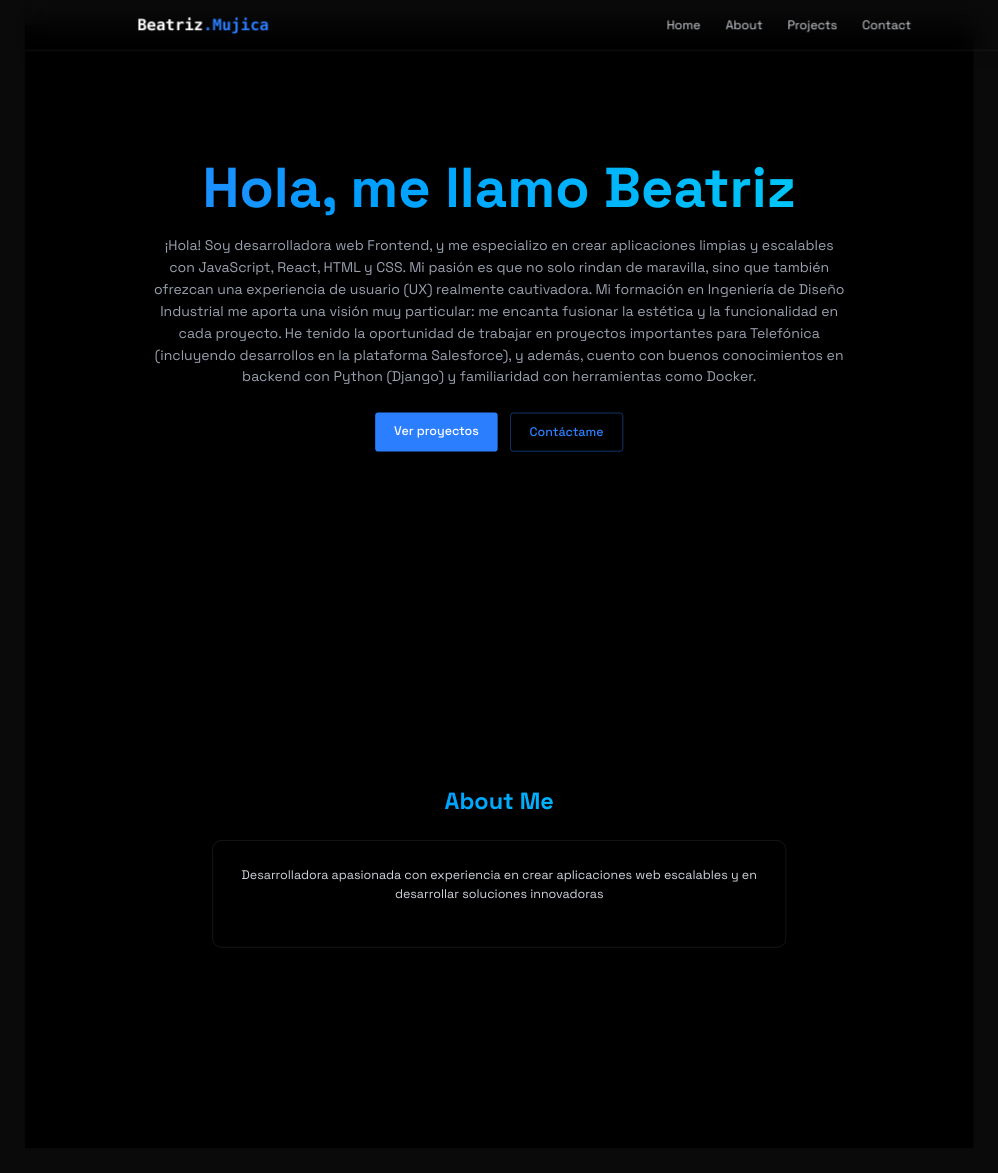
Repository: Bea0224/beatriz-portfolio
Page: /
The author's editor kept a copy of each file at every save. The page is drawn from the files as they stood at one save, then again after the next save.
The browser window is 1280 px wide. The pictures show the whole page, at 78% of full size.
The project was rebuilt for these pictures with package versions that can differ from the ones it lists, and the page was loaded fresh each time. Also part of the build but not shown: vite.config.js.

Above is the page before, as saved 2025-12-06 21:01:24.

### index.html
<!doctype html>
<html lang="en">
  <head>
    <meta charset="UTF-8" />
    <link rel="icon" type="image/svg+xml" href="/vite.svg" />
    <link rel="preconnect" href="https://fonts.googleapis.com">
    <link rel="preconnect" href="https://fonts.gstatic.com" crossorigin>
    <link
      href="https://fonts.googleapis.com/css2?family=Space+Grotesk:wght@300..700&display=swap"
      rel="stylesheet"
    />
    <meta name="viewport" content="width=device-width, initial-scale=1.0" />
    <title>Vite + React</title>
  </head>
  <body>
    <div id="root"></div>
    <script type="module" src="/src/main.jsx"></script>
  </body>
</html>

### src/index.css
@import "tailwindcss";

html,
body {
  margin: 0;
  padding: 0;
  font-family: "Space Grotesk", sans-serif;
  background: #0a0a0a;
  color: #f3f4f6;
}

@layer utilities {
  @keyframes blink {
    0%,
    100% {
      opacity: 1;
    }
    50% {
      opacity: 0;
    }
  }

  .animate-blink {
    animation: blink 0.8s step-end infinite;
  }

  @keyframes loading {
    0% {
      transform: translateX(-100%);
    }
    100% {
      transform: translateX(250%);
    }
  }

  .animate-loading-bar {
    animation: loading 0.8s ease infinite;
  }
}

.reveal {
  opacity: 0;
  transform: translateY(20px);
  transition: opacity 0.7s ease, transform 0.7s ease;
}

.reveal.visible {
  opacity: 1;
  transform: translateY(0);
}

### src/App.jsx
import { useState } from 'react';
import './App.css'
import {LoadingScreen} from "./components/LoadingScreem";
import { Navbar } from './components/Navbar';
import { MobileMenu } from './components/MobileMenu';
import { Home } from './components/sections/Home';
import { About } from './components/sections/About';
// import { Projects } from './components/sections/Projects';
// import { Contact } from './components/sections/Contact';

import "./index.css"

function App() {
  const [isLoaded, setIsLoaded] = useState(false)
  const [menuOpen, setMenuOpen] = useState(false)

  return (
    <>
      {!isLoaded && <LoadingScreen onComplete={()=>setIsLoaded(true)} />}{" "}
        <div className={`min-h-screen transition-opacity duration-700 ${isLoaded ? "opacity-100" : "opacity-0"
        } bg-black text-gray-100`}
        >
          <Navbar menuOpen={menuOpen} setMenuOpen={setMenuOpen} />
          <MobileMenu menuOpen={menuOpen} setMenuOpen={setMenuOpen} />
          <Home />
          <About />
          {/*<Projects />
          <Contact /> */}
        </div>
    </>
  )
}

export default App

### src/components/LoadingScreem.jsx
import { useEffect, useState } from "react";

export const LoadingScreen = ({ onComplete }) => {
  const [text, setText] = useState("");
  const fullText = "<Hello Wolrd! />";

  useEffect(() => {
    let index = 0;
    const interval = setInterval(() => {
      setText(fullText.substring(0, index));
      index++;

      if (index > fullText.length) {
        clearInterval(interval);

        setTimeout(() => {
          onComplete();
        }, 1000);
      }
    }, 100);

    return () => clearInterval(interval);
  }, [onComplete]);

  return (
    <div className="fixed inset-0 z-50 bg-black text-gray-100 flex flex-col items-center justify-center">
      <div className="mb-4 text-4xl font-mono font-bold">
        {text} <span className="animate-blink ml-1"> | </span>
      </div>

      <div className="w-[200px] h-[2px] bg-gray-800 rounded relative overflow-hidden">
        <div className="w-[40%] h-full bg-blue-500 shadow-[0_0_15px_#3b82f6] animate-loading-bar"></div>
      </div>
    </div>
  );
};

### src/components/Navbar.jsx
import { useEffect } from "react"

export const Navbar = ({menuOpen, setMenuOpen}) => {

    useEffect(() => {
        document.body.style.overflow = menuOpen ? "hidden" : "";
    }, [menuOpen])

    return (
    <nav className="fixed top-0 w-full z-40 bg-[rgba(10, 10, 10, 0.8)] backdrop-blur-lg border-b border-white/10 shadow-lg">
        <div className="max-w-5xl mx-auto px-4">
            <div className="flex justify-between items-center h-16">
                <a href="#home" className="font-mono text-xl font-bold text-white">
                    {" "}
                    Beatriz<span className="text-blue-500">.Mujica</span>{" "}
                </a>
                <div className="w-7 h-5 relative cursor-pointer z-40 md:hidden" onClick={()=> setMenuOpen((prev => !prev))}>
                    &#9776;
                </div>
                <div className="hidden md:flex items-center space-x-8">
                    <a
                        href="#home"
                        className="text-gray-300 hove:text-white transition-colors"
                    >
                        {" "}
                        Home{" "}
                    </a>
                    <a
                        href="#about"
                        className="text-gray-300 hove:text-white transition-colors"
                    >
                        {" "}
                        About{" "}
                    </a>
                    <a
                        href="#projects"
                        className="text-gray-300 hove:text-white transition-colors"
                    >
                        {" "}
                        Projects{" "}
                    </a>
                    <a
                        href="contact"
                        className="text-gray-300 hove:text-white transition-colors"
                    >
                        {" "}
                        Contact{" "}
                    </a>
                </div>
            </div>
        </div>
    </nav>
    )
}

### src/components/MobileMenu.jsx
export const MobileMenu = ({menuOpen, setMenuOpen}) => {


    return (
        <div className={`fixed top-0 left-0 w-full bg-[rgba(10,10,10,0.8)] z-40 flex flex-col items-center justify-center
                         transition-all duration-300 ease-in-out
                         ${menuOpen
                            ? "h-screen opacity-100 pointer-events-auto"
                            : "h-0 opacity-0 pointer-events-none"
                         }
                        `}
        >
            <button
                onClick={() => setMenuOpen(false)}
                className="absolute top-6 right-6 text-white text-3xl focus:outline-none cursor-pointer"
                aria-label="Close Menu"
                >
                &times;
            </button>

            <a
                href="#home"
                onClick={() => setMenuOpen(false)}
                className={`text-2xl font-semibold text-white my-4 tranform transition-transform duration-300
                            ${
                                menuOpen
                                    ? "opacity-100 translate-y-0"
                                    : "opacity-0 translate-y-5"
                            }
                    `}
            >
                Home
            </a>
            <a
                href="#about"
                onClick={() => setMenuOpen(false)}
                className={`text-2xl font-semibold text-white my-4 tranform transition-transform duration-300
                            ${
                                menuOpen
                                    ? "opacity-100 translate-y-0"
                                    : "opacity-0 translate-y-5"
                            }
                    `}
            >
                About
            </a>
            <a
                href="#projects"
                onClick={() => setMenuOpen(false)}
                className={`text-2xl font-semibold text-white my-4 tranform transition-transform duration-300
                            ${
                                menuOpen
                                    ? "opacity-100 translate-y-0"
                                    : "opacity-0 translate-y-5"
                            }
                    `}
            >
                Projects
            </a>
            <a
                href="contact"
                onClick={() => setMenuOpen(false)}
                className={`text-2xl font-semibold text-white my-4 tranform transition-transform duration-300
                            ${
                                menuOpen
                                    ? "opacity-100 translate-y-0"
                                    : "opacity-0 translate-y-5"
                            }
                    `}
            >
                Contact
            </a>
        </div>
    );
}

### src/components/sections/Home.jsx


export const Home = () => {
    return (
        <section
            id="home"
            className="min-h-screen flex items-center justify-center relative">
                <div className="text-center z-10 px-4">
                    <h1 className="text-5xl md:text-7xl font-bold mb-6 bg-gradient-to-r from-blue-500 to-cyan-400 bg-clip-text text-transparent leading-right">
                        Hola, me llamo Beatriz
                    </h1>
                    <p className="text-gray-400 text-lg mb-8 w-3/4 mx-auto">
                        ¡Hola! Soy desarrolladora web Frontend, y me especializo en crear aplicaciones limpias y escalables con JavaScript, React, HTML y CSS. Mi pasión es que no solo rindan de maravilla, sino que también ofrezcan una experiencia de usuario (UX) realmente cautivadora.
                        Mi formación en Ingeniería de Diseño Industrial me aporta una visión muy particular: me encanta fusionar la estética y la funcionalidad en cada proyecto.
                        He tenido la oportunidad de trabajar en proyectos importantes para Telefónica (incluyendo desarrollos en la plataforma Salesforce), y además, cuento con buenos conocimientos en backend con Python (Django) y familiaridad con herramientas como Docker.
                    </p>
                    <div className="flex justify-center space-x-4">
                        <a href="#projects" className="bg-blue-500 text-white py-3 px-6 rounded font-medium transition relative overflow-hidden hover:-translate-y-0.5 hover:shadow-[0_0_15px_rgba(59, 130, 246, 0.4)]">
                            Ver proyectos
                        </a>
                        <a href="#contact" className="border border-blue-500/50 text-blue-500 py-3 px-6 rounded font-medium transition-all duration-200 hover:shadow-[0_0_15px_rgba(59, 130, 246, 0.2)] hover:bg-blue-500/10">
                            Contáctame
                        </a>
                    </div>
                </div>
        </section>
    )
}

### src/components/sections/About.jsx
export const About = () => {
    return(
        <section
            id="about"
            className="min-h-screen flex items-center justify-center py-20"
        >
            <div className="max-w-3xl mx-auto px-4">
                <h2 className="text-3xl font-bold mb-8 bg-gradient-to-r from-blue-500 to-cyan-400 bg-clip-text text-transparent text-center">
                    {" "}
                    About Me
                </h2>
                <div className="rounded-xl p-8 border-white/10 border hover:-translate-y-l transition-all">
                    <p className="text-gray-300 mb-6">
                        Desarrolladora apasionada con experiencia en crear aplicaciones web escalables y en desarrollar soluciones innovadoras
                    </p>
                    <div className="grid grid-cols-1 md:grid-cols-2 gap-6">
                        <div className="rounded-xl">

                        </div>
                    </div>
                </div>
            </div>
        </section>
    );

}

Loaded but not shown: src/main.jsx (common file); src/App.css (common file)

After the next save:
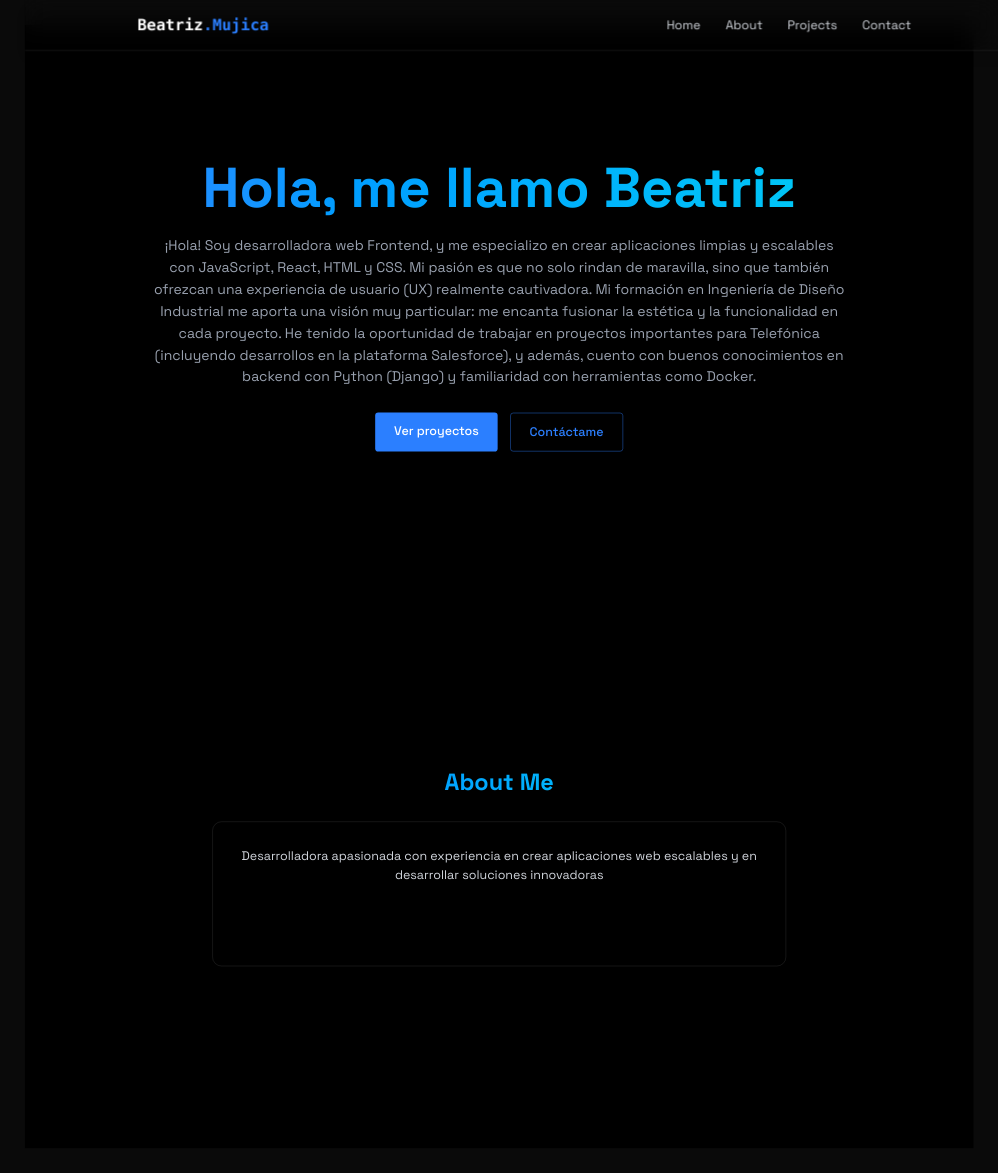
Saved 8 s later.
--- a/src/components/sections/About.jsx
+++ b/src/components/sections/About.jsx
@@ -14,7 +14,7 @@ export const About = () => {
                         Desarrolladora apasionada con experiencia en crear aplicaciones web escalables y en desarrollar soluciones innovadoras
                     </p>
                     <div className="grid grid-cols-1 md:grid-cols-2 gap-6">
-                        <div className="rounded-xl">
+                        <div className="rounded-xl p-6">
 
                         </div>
                     </div>
